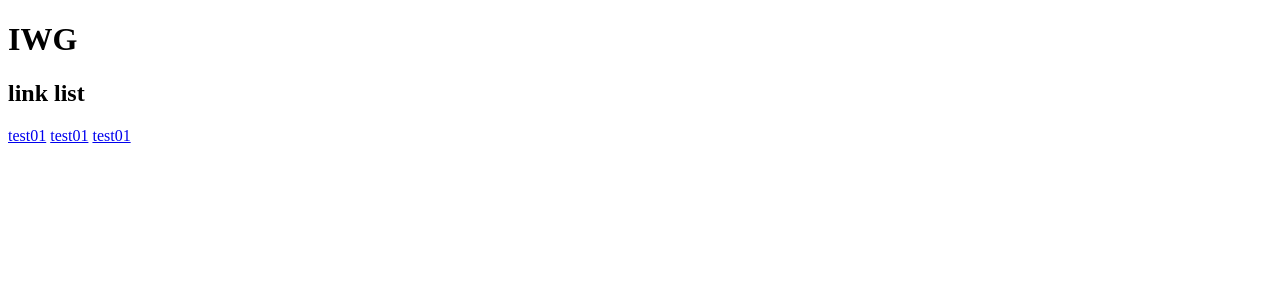
Repository: ssleap/multicampusIoT
Page: workspace190520/edu1/WebContent/index.html
The author's editor kept a copy of each file at every save. The page is drawn from the files as they stood at one save, then again after the next save.
The browser window is 1280 px wide. The pictures show the whole page.

Above is the page before, as saved 2019-05-20 05:15:06.

### workspace190520/edu1/WebContent/index.html
<!DOCTYPE html>
<html>
<head>
<meta charset="UTF-8">
<title>TITLE</title>
</head>
<body>

	<h1>IWG</h1>

	<h2>
		link list
	</h2>

	<a href = "test01.html">test01</a>
	<a href = "file:///C:/workspace190520/edu1/WebContent/test01.html">test01</a>
	<a href = "http://127.0.0.1:9090/edu1/WebContent/test01.html">test01</a>
	<a href = "edu1/WebContent/test01.html"

</body>
</html>

After the next save:
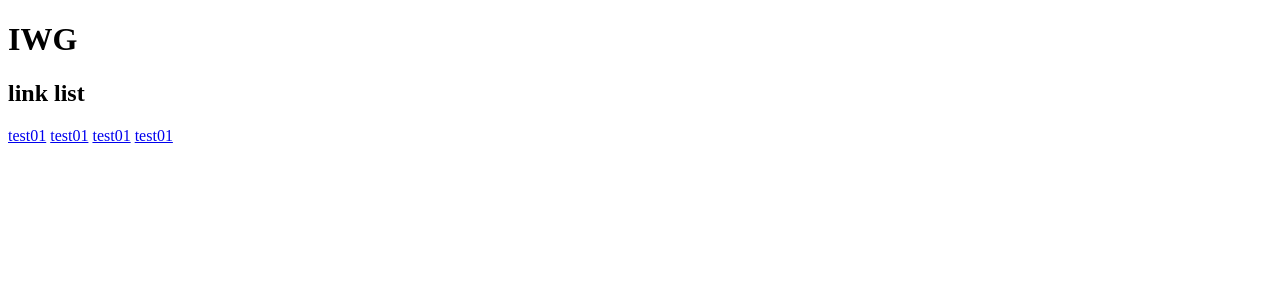
Saved 19 s later.
--- a/workspace190520/edu1/WebContent/index.html
+++ b/workspace190520/edu1/WebContent/index.html
@@ -15,7 +15,7 @@
 	<a href = "test01.html">test01</a>
 	<a href = "file:///C:/workspace190520/edu1/WebContent/test01.html">test01</a>
 	<a href = "http://127.0.0.1:9090/edu1/WebContent/test01.html">test01</a>
-	<a href = "edu1/WebContent/test01.html"
+	<a href = "edu1/WebContent/test01.html">test01</a>
 
 </body>
 </html>
